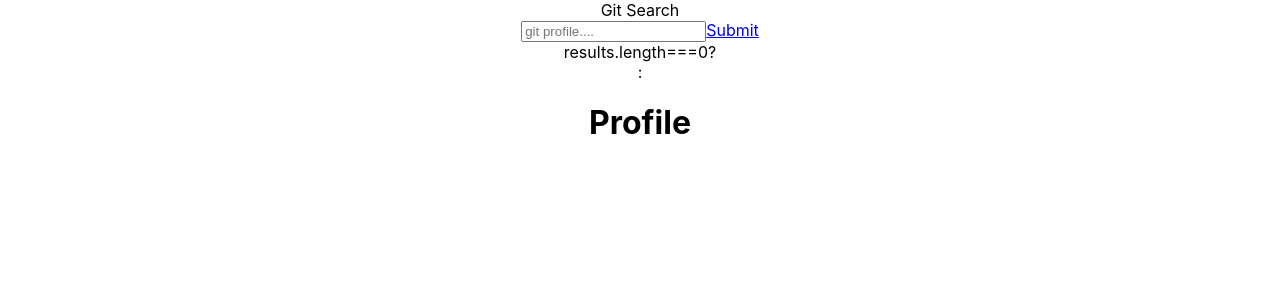
Repository: carlsopa/gitsearch
Page: / (app in gitsearch/)
The author's editor kept a copy of each file at every save. The page is drawn from the files as they stood at one save, then again after the next save.
The browser window is 1280 px wide. The pictures show the whole page.
The project was rebuilt for these pictures with package versions that can differ from the ones it lists, and the page was loaded fresh each time.

Above is the page before, as saved 2020-06-22 20:47:22.

### gitsearch/src/App.js
import React,{useState,useEffect} from 'react';
import './App.css';
import Profile from './components/profile';
import Repos from './components/repos';
import Holder from './components/holder';


function App() {
  const uri = 'https://api.github.com/users/'
  const [searchTerm,setSearchTerm] = useState('')
  const [loaded,setLoaded] = useState(false);
  const [results, setResults] = useState([])
  const [error,setError] = useState('')
  const FetchUser=()=>{
    setSearchTerm(document.getElementById('gitSearch').value)
    fetch(uri+searchTerm)
    .then(res=>res.json())
    .then(
      (result)=>{
        setLoaded(true)
        setResults(result)
      },
      (error)=>{
        setLoaded(true)
        setError(error)
      }
    )
  }

  results.length===0?console.log('goood'):console.log('bad')
  return (
    <div className="App">
      <header>
        <div id="header">Git Search</div>
        <input type="text" id="gitSearch" placeholder="git profile...."/>
        <a href="#" onClick={(e)=>FetchUser()}>Submit</a>
      </header>
      results.length===0?<Holder/>:
      <Profile/>
      <Repos/>
    </div>
  );
}

export default App;

### gitsearch/src/components/profile.js
import React from 'react';

function Profile() {
    return (
        <div>
            <h1>Profile</h1>

        </div>
    )
}

export default Profile;

### gitsearch/src/components/repos.js
import React from 'react';

function Repos() {
    return (
        <div>

        </div>
    )
}

export default Repos;

### gitsearch/src/components/holder.js
import React from 'react';

function Holder() {
    return (
        <div>

        </div>
    )
}

export default Holder;

Loaded but not shown: gitsearch/public/index.html (common file); gitsearch/src/index.js (common file); gitsearch/src/index.css (common file); gitsearch/src/serviceWorker.js (common file); gitsearch/src/App.css (common file)

After the next save:
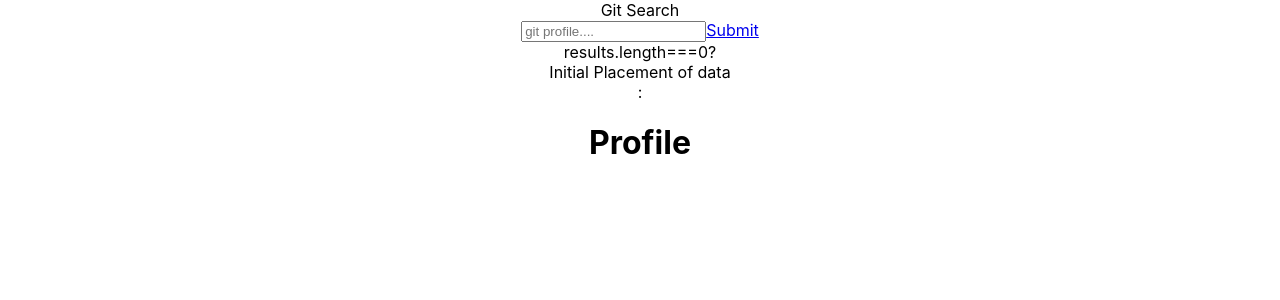
Saved 13 s later.
--- a/gitsearch/src/components/holder.js
+++ b/gitsearch/src/components/holder.js
@@ -3,6 +3,7 @@
 function Holder() {
     return (
         <div>
+            Initial Placement of data
 
         </div>
     )
